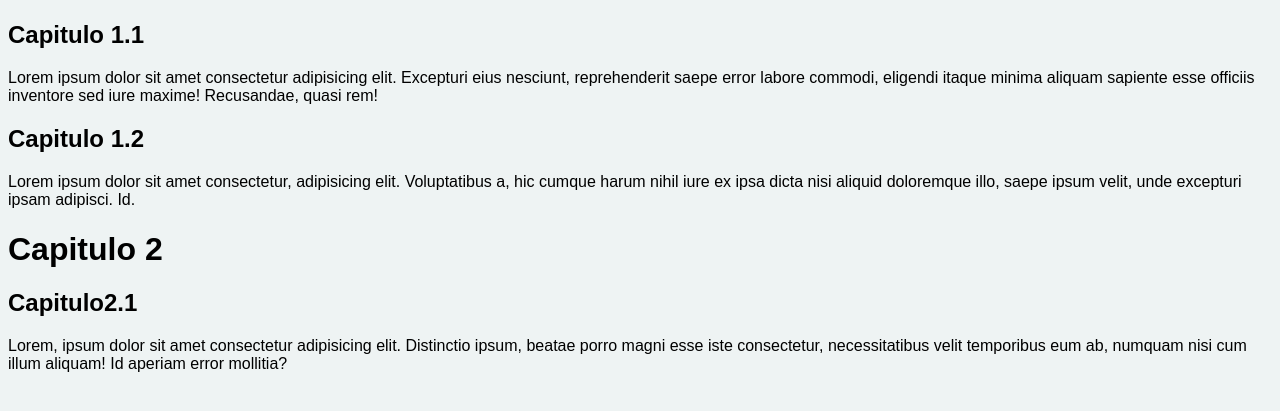
Repository: Guillermomarcon/exercicios
Page: ex013.1/index.html
The author's editor kept a copy of each file at every save. The page is drawn from the files as they stood at one save, then again after the next save.
The browser window is 1280 px wide. The pictures show the whole page.

Above is the page before, as saved 2020-12-31 15:56:26.

### ex013.1/index.html
<!DOCTYPE html>
<html lang="pt-br">
<head>
    <meta charset="UTF-8">
    <meta name="viewport" content="width=device-width, initial-scale=1.0">
    <title>Estilos locais ou Internos</title>
    <link rel="shortcut icon" href="imagens/favicon-16x16.png" type="image/x-icon">
</head>
<body style="background-color: rgb(238, 243, 243); font-family: Arial, Helvetica, sans-serif;">
    <h1 </h1>
    <h2>Capitulo 1.1</h2>
    <p>
        Lorem ipsum dolor sit amet consectetur adipisicing elit. Excepturi eius nesciunt, reprehenderit saepe error labore commodi, eligendi itaque minima aliquam sapiente esse officiis inventore sed iure maxime! Recusandae, quasi rem!
    </p>
    <h2>Capitulo 1.2</h2>
    <p>
        Lorem ipsum dolor sit amet consectetur, adipisicing elit. Voluptatibus a, hic cumque harum nihil iure ex ipsa dicta nisi aliquid doloremque illo, saepe ipsum velit, unde excepturi ipsam adipisci. Id.
    </p>
    <h1>Capitulo 2</h1>
    <h2>Capitulo2.1</h2>
    <p>
        Lorem, ipsum dolor sit amet consectetur adipisicing elit. Distinctio ipsum, beatae porro magni esse iste consectetur, necessitatibus velit temporibus eum ab, numquam nisi cum illum aliquam! Id aperiam error mollitia?
    </p>




</body>
</html>

After the next save:
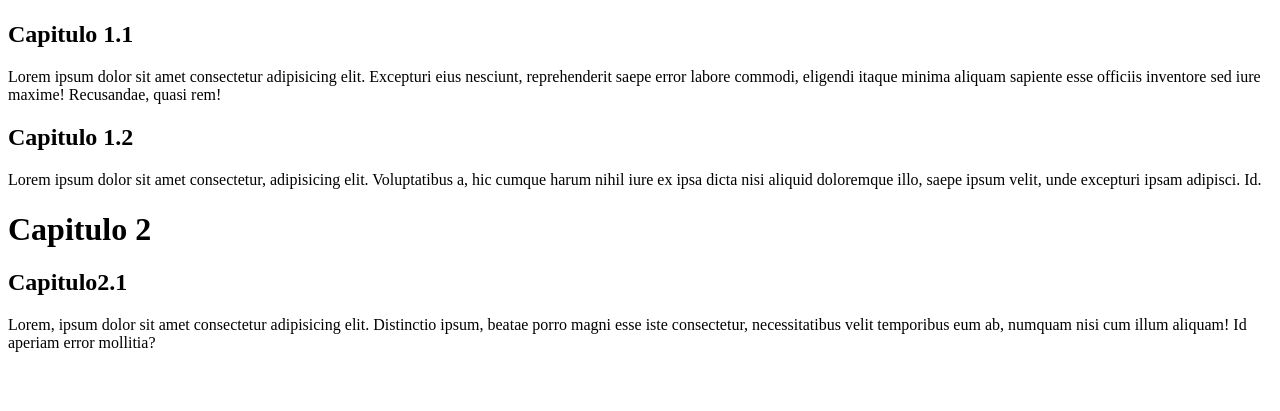
Saved 8 s later.
--- a/ex013.1/index.html
+++ b/ex013.1/index.html
@@ -6,7 +6,7 @@
     <title>Estilos locais ou Internos</title>
     <link rel="shortcut icon" href="imagens/favicon-16x16.png" type="image/x-icon">
 </head>
-<body style="background-color: rgb(238, 243, 243); font-family: Arial, Helvetica, sans-serif;">
+<body >
     <h1 </h1>
     <h2>Capitulo 1.1</h2>
     <p>
